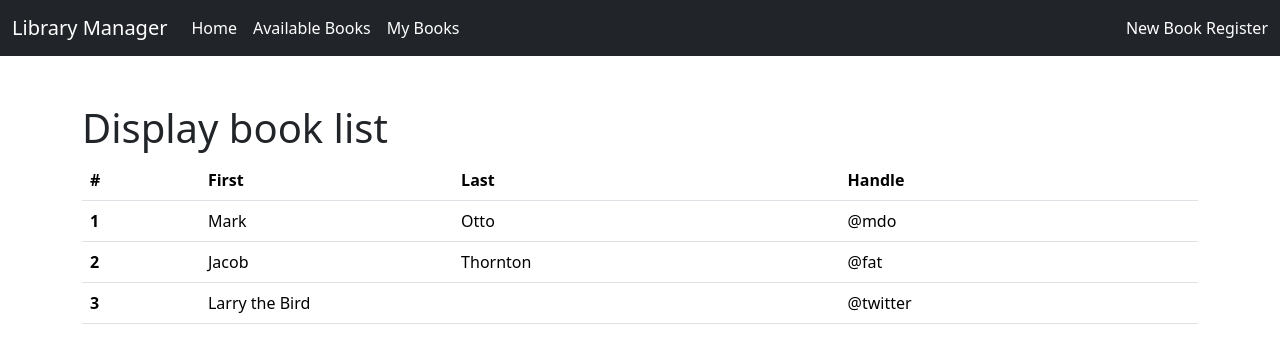
Repository: AkashCoder99/Spring-Libraray-Management
Page: http://localhost/bookList
An editor plug-in stored every save of this project. The page is shown before and after the next save, followed by the edit.
The browser window is 1280 px wide. The pictures show the whole page.
The page is this project's Thymeleaf template; nobody is signed in. The template is opened directly, without the code that normally fills it, so the values that code supplies are empty.

Above is the page before, as saved 2023-05-29 18:39:30.

### bookStore/src/main/resources/templates/bookList.html
<!doctype html>
<html lang="en" xmlns:th="https://www.thymeleaf.com">

<head>
	<meta charset="utf-8">
	<meta name="viewport" content="width=device-width, initial-scale=1">
	<title>Library Management</title>
	<link href="https://cdn.jsdelivr.net/npm/bootstrap@5.3.0-alpha3/dist/css/bootstrap.min.css" rel="stylesheet"
		integrity="sha384-KK94CHFLLe+nY2dmCWGMq91rCGa5gtU4mk92HdvYe+M/SXH301p5ILy+dN9+nJOZ" crossorigin="anonymous">
</head>

<body>
	<nav class="navbar navbar-expand-lg navbar-light bg-dark">
		<div class="container-fluid">
			<a class="navbar-brand text-white" href="#">Library Manager</a>
			<button class="navbar-toggler" type="button" data-bs-toggle="collapse"
				data-bs-target="#navbarSupportedContent" aria-controls="navbarSupportedContent" aria-expanded="false"
				aria-label="Toggle navigation">
				<span class="navbar-toggler-icon"></span>
			</button>
			<div class="collapse navbar-collapse" id="navbarSupportedContent">
				<ul class="navbar-nav me-auto mb-2 mb-lg-0">
					<li class="nav-item">
						<a class="nav-link active text-white" aria-current="page" href="/">Home</a>
					</li>
					<li class="nav-item">
						<a class="nav-link text-white" href="available_books">Available Books</a>
					</li>
					<li class="nav-item">
						<a class="nav-link text-white" href="my_books">My Books</a>
					</li>
				</ul>
				<div>
					<a class="nav-link text-white" href="book_register">New Book Register</a>
				</div>
			</div>
		</div>
	</nav>

	<div class="container my-5">
		<h1>Display book list</h1>
		<table class="table table-stripped table-hover">
			<thead>
				<tr>
					<th scope="col">#</th>
					<th scope="col">First</th>
					<th scope="col">Last</th>
					<th scope="col">Handle</th>
				</tr>
			</thead>
			<tbody>
				<tr>
					<th scope="row">1</th>
					<td>Mark</td>
					<td>Otto</td>
					<td>@mdo</td>
				</tr>
				<tr>
					<th scope="row">2</th>
					<td>Jacob</td>
					<td>Thornton</td>
					<td>@fat</td>
				</tr>
				<tr>
					<th scope="row">3</th>
					<td colspan="2">Larry the Bird</td>
					<td>@twitter</td>
				</tr>
			</tbody>
		</table>
	</div>
	<script src="https://cdn.jsdelivr.net/npm/bootstrap@5.3.0-alpha3/dist/js/bootstrap.bundle.min.js"
		integrity="sha384-ENjdO4Dr2bkBIFxQpeoTz1HIcje39Wm4jDKdf19U8gI4ddQ3GYNS7NTKfAdVQSZe"
		crossorigin="anonymous"></script>
</body>

</html>

After the next save:
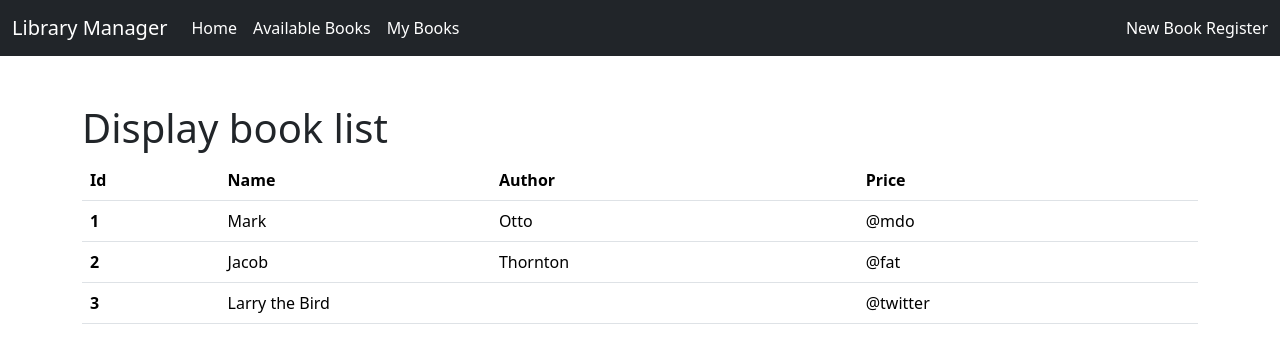
Saved 50 s later.
--- a/bookStore/src/main/resources/templates/bookList.html
+++ b/bookStore/src/main/resources/templates/bookList.html
@@ -42,10 +42,10 @@
 		<table class="table table-stripped table-hover">
 			<thead>
 				<tr>
-					<th scope="col">#</th>
-					<th scope="col">First</th>
-					<th scope="col">Last</th>
-					<th scope="col">Handle</th>
+					<th scope="col">Id</th>
+					<th scope="col">Name</th>
+					<th scope="col">Author</th>
+					<th scope="col">Price</th>
 				</tr>
 			</thead>
 			<tbody>
